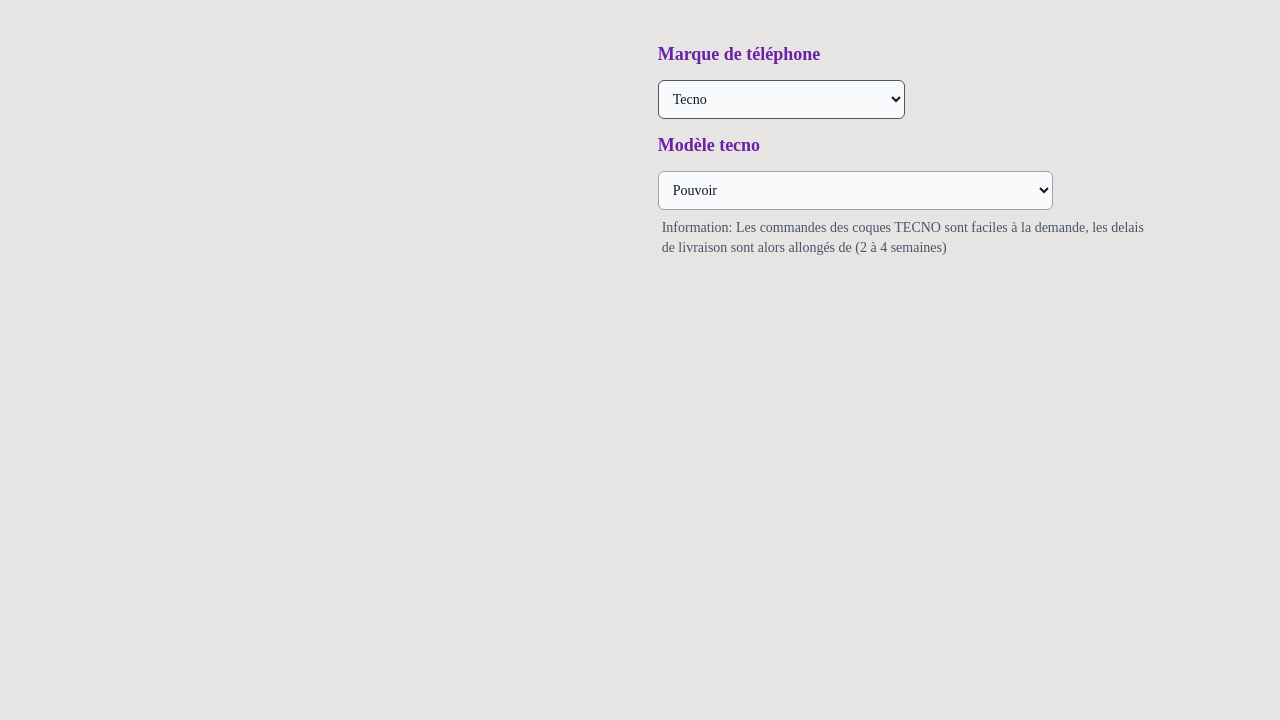
Repository: darlino/gotyu_shopify_section
Page: product_select220223/index.html
An editor plug-in stored every save of this project. The page is shown before and after the next save, followed by the edit.
The browser window is 1280 px wide. The pictures show the whole page.
Some web fonts or font styles are not loaded; a fallback is used. Some web libraries are served in a nearby version.

Above is the page before, as saved 2023-02-22 21:36:10.

### product_select220223/index.html
<!DOCTYPE html>
<html lang="en">
  <head>
    <meta charset="UTF-8" />
    <meta http-equiv="X-UA-Compatible" content="IE=edge" />
    <meta name="viewport" content="width=device-width, initial-scale=1.0" />
    <title>Document</title>
    <script src="https://cdn.tailwindcss.com"></script>
    <link rel="preconnect" href="https://fonts.googleapis.com" />
    <link rel="preconnect" href="https://fonts.gstatic.com" crossorigin />
    <link
      href="https://fonts.googleapis.com/css2?family=Gloock&display=swap"
      rel="stylesheet"
    />
    <link rel="stylesheet" href="style.css" />
  </head>
  <body>
    <section id="product_select220223">
      <div
        class="flex flex-row justify-between max-w-[1300px] bg-stone-200 h-screen mx-auto"
      >
        <div class="w-1/2"></div>
        <div
          class="flex flex-col lg:w-2/3 lg:px-32 w-full space-y-3 mx-auto p-10"
        >
          <div class="flex flex-col space-y-3">
            <p class="text-lg font-bold text-left text-purple-800">
              Marque de téléphone
            </p>
            <select
              name="select_brand"
              id="select_brand"
              onchange="getElementSelectedValue()"
              class="bg-gray-50 w-1/2 border focus:border-2 border-gray-400 text-gray-900 text-sm rounded-md focus:ring-blue-500 focus:border-blue-800 block p-2.5 border-gray-600 placeholder-gray-900 text-slate-900 focus:ring-blue-700 focus:border-blue-700 outline-none"
            >
              <option class="text-md mb-2" value="Tecno">Tecno</option>
              <option class="text-md mb-2" value="Samsung">Samsung</option>
              <option class="text-md mb-2" value="Xiaomi">Xiaomi</option>
              <option class="text-md mb-2" value="Iphone">Iphone</option>
            </select>
          </div>
          <div class="flex flex-col space-y-3">
            <p class="text-lg font-bold text-left text-purple-800">
              Modèle <span id="text_model"></span>
            </p>
            <div class="flex flex-col space-y-1">
              <select
                name="select_brand"
                id="select_model"
                class="bg-gray-50 w-4/5 border focus:border-2 border-gray-400 text-gray-900 text-sm rounded-md focus:ring-blue-500 focus:border-blue-800 block p-2.5 placeholder-gray-900 text-slate-900 focus:ring-blue-700 focus:border-blue-700 outline-none"
              ></select>
              <p class="text-sm p-1 text-slate-600">
                Information: <span id="information_text"></span>
              </p>
            </div>
          </div>
        </div>
      </div>
    </section>
    <script type="text/javascript">
      const option = document.createElement("option");
      const modelValue = document.getElementById("select_model");
      const modelText = document.getElementById("text_model");
      const textInformation = document.getElementById("information_text");

      const brandMatchModel = [
        { brand: "tecno", modelId: 0 },
        { brand: "samsung", modelId: 1 },
        { brand: "xiaomi", modelId: 2 },
        { brand: "iphone", modelId: 3 },
      ];

      const textInformationMatchBrand = [
        "Les commandes des coques TECNO sont faciles à la demande, les delais de livraison sont alors allongés de (2 à 4 semaines)",
        "Les commandes des coques SAMSUNG sont faciles à la demande, les delais de livraison sont alors allongés de (1 à 3 semaines)",
        "Les commandes des coques XIAOMI sont faciles à la demande, les delais de livraison sont alors allongés de (3 à 7 semaines)",
        "Les commandes des coques IPHONE sont compliquées à la demande, les delais de livraison sont alors allongés de (5 à 8 semaines)",
      ];

      const allModels = [
        [
          { value: "Pouvoir", text: "Pouvoir" },
          { value: "Camon", text: "Camon" },
          { value: "Spark", text: "Spark" },
        ],
        [
          { value: "s7", text: "Samsung galaxy s7" },
          { value: "s6", text: "Samsung galaxy s6" },
          { value: "note 10", text: "Samsung galaxy note 10" },
          { value: "note 9", text: "Samsung galaxy note 9" },
        ],
        [
          { value: "Mi 10", text: "Mi 10" },
          { value: "Mi 11", text: "Mi 11" },
        ],
        [
          { value: "iphone 8", text: "Iphone 8" },
          { value: "iphone 8 plus", text: "Iphone 8 +" },
          { value: "iphone X", text: "Iphone X" },
          { value: "iphone Xs", text: "Iphone Xs" },
          { value: "iphone 11", text: "Iphone 11" },
          { value: "iphone 12 pro", text: "Iphone 12pro" },
        ],
      ];

      modelText.innerHTML = brandMatchModel[0].brand;
      textInformation.innerHTML = textInformationMatchBrand[0];

      for (let index = 0; index < allModels[0].length; index++) {
        modelValue.options[modelValue.options.length] = new Option(
          allModels[0][index].text,
          allModels[0][index].value
        );
      }

      const clearSelect = (modelValue) => {
        while (modelValue.options.length > 0) {
          modelValue.remove(0);
        }
      };

      function getElementSelectedValue() {
        const element = document.getElementById("select_brand").value;

        const selectedBrandMatchModel = brandMatchModel.filter(
          (bm) => bm.brand.toLocaleLowerCase() === element.toLocaleLowerCase()
        );
        const modelId = selectedBrandMatchModel[0].modelId;

        clearSelect(modelValue);

        modelText.innerHTML = brandMatchModel[modelId].brand;
        textInformation.innerHTML = textInformationMatchBrand[modelId];

        for (let index = 0; index < allModels[modelId].length; index++) {
          modelValue.options[modelValue.options.length] = new Option(
            allModels[modelId][index].value,
            allModels[modelId][index].text
          );
        }
        console.log(
          "the selected value is",
          element,
          "the brand macth is ",
          allModels[modelId].length
        );
        // for (let index = 0; index < array.length; index++) {
        //   const element = array[index];
        // }
      }
    </script>
  </body>
</html>

### product_select220223/style.css
* {
  margin: 0;
  padding: 0;
  font-family: "Gloock", serif;
}

#product_select220223 {
  width: 100%;
  height: auto;
}

After the next save:
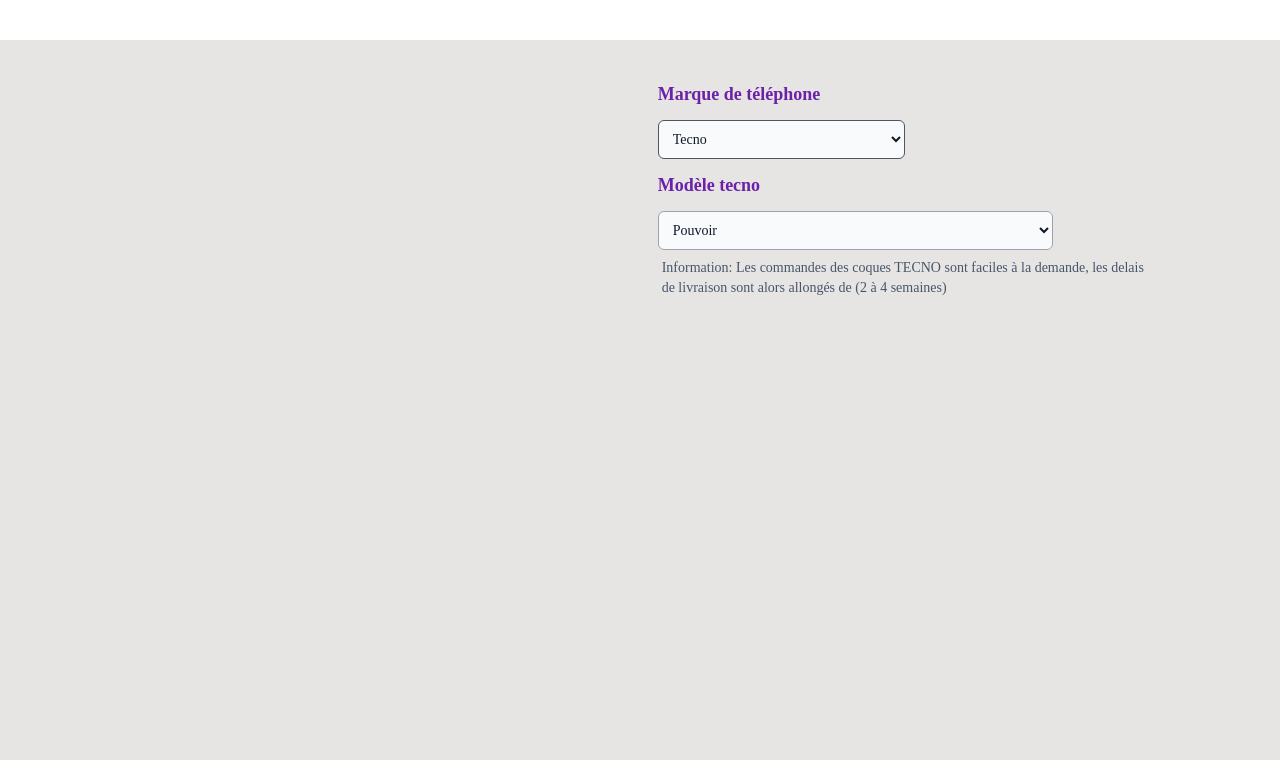
Saved 14 s later.
--- a/product_select220223/index.html
+++ b/product_select220223/index.html
@@ -17,7 +17,7 @@
   <body>
     <section id="product_select220223">
       <div
-        class="flex flex-row justify-between max-w-[1300px] bg-stone-200 h-screen mx-auto"
+        class="flex flex-row justify-between mt-10 max-w-[1300px] bg-stone-200 h-screen mx-auto"
       >
         <div class="w-1/2"></div>
         <div

After the save that followed:
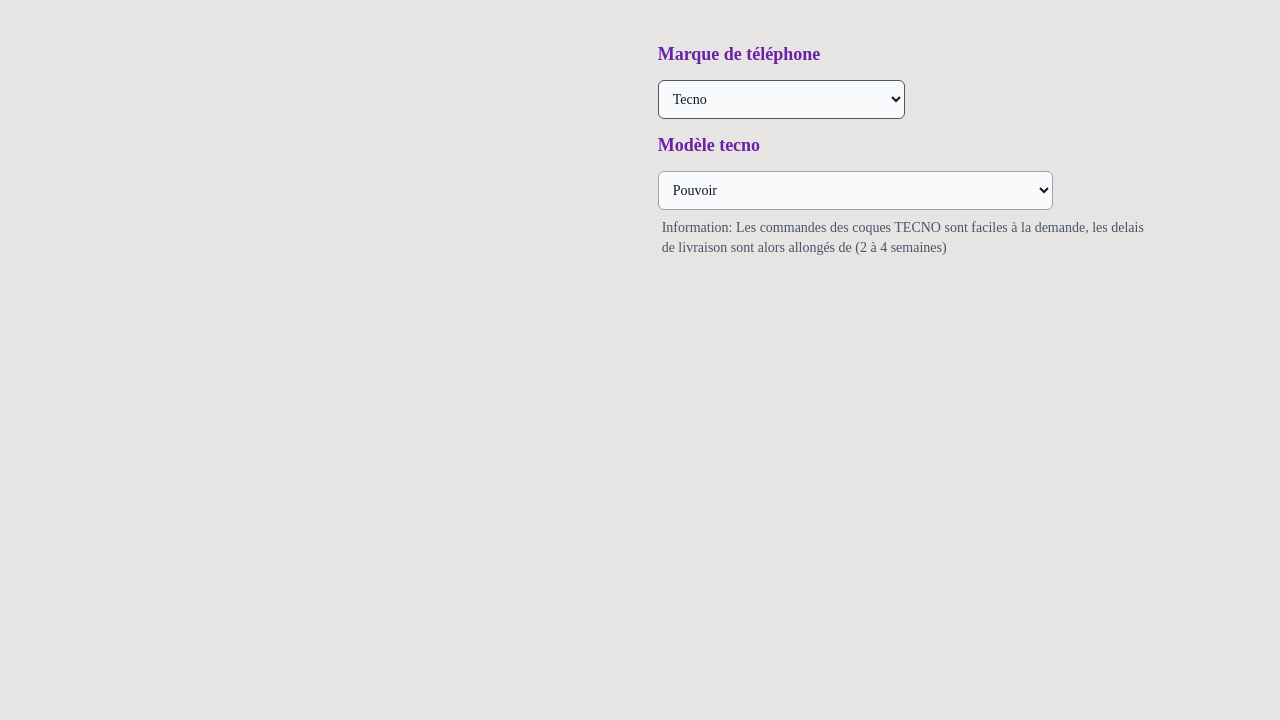
Saved 5 s later.
--- a/product_select220223/index.html
+++ b/product_select220223/index.html
@@ -17,7 +17,7 @@
   <body>
     <section id="product_select220223">
       <div
-        class="flex flex-row justify-between mt-10 max-w-[1300px] bg-stone-200 h-screen mx-auto"
+        class="flex flex-row justify-between max-w-[1300px] bg-stone-200 h-screen mx-auto"
       >
         <div class="w-1/2"></div>
         <div
